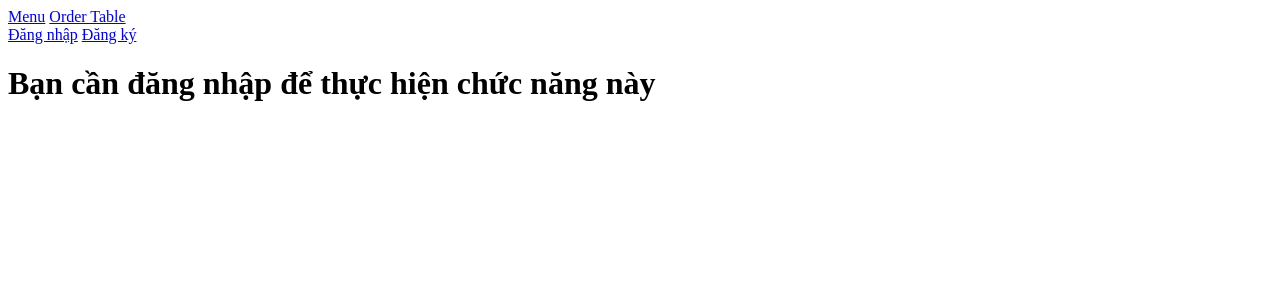
Repository: Loc2804/LTM
Page: http://localhost/RestaurantProject/OrderTable.jsp
The author's editor kept a copy of each file at every save. The page is drawn from the files as they stood at one save, then again after the next save.
The browser window is 1280 px wide. The pictures show the whole page.
The page is served by Tomcat 10.

Above is the page before, as saved 2024-12-08 16:56:37.

After the next save:
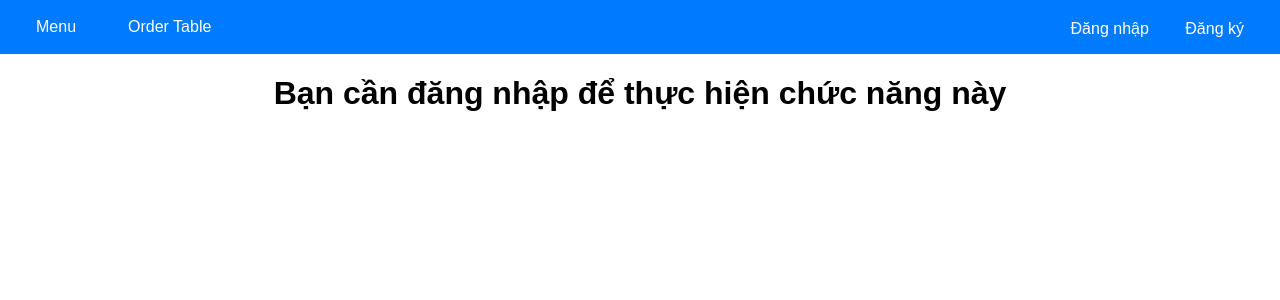
Saved 11 s later.
--- a/RestaurantProject/src/main/webapp/OrderTable.jsp
+++ b/RestaurantProject/src/main/webapp/OrderTable.jsp
@@ -7,7 +7,80 @@
 <meta charset="UTF-8">
 <title>Order Table</title>
 <style type="text/css">
+	 body {
+        font-family: Arial, sans-serif;
+        margin: 0;
+        padding: 0;
+    }
+    h1{
+    	text-align: center;
+    }
+    .navbar {
+        background-color: #007BFF; /* Màu xanh chủ đạo */
+        overflow: hidden;
+        display: flex;
+        justify-content: space-between;
+        padding: 10px 20px;
+    }
+    .navbar a {
+        color: white;
+        text-decoration: none;
+        padding: 8px 16px;
+        font-size: 16px;
+    }
+    .navbar a:hover {
+        background-color: #0056b3; /* Màu xanh đậm hơn khi hover */
+        border-radius: 4px;
+    }
+    .links {
+        display: flex;
+        gap: 20px;
+    }
+    .content {
+        margin: 20px;
+    }
+    .content a {
+        display: inline-block;
+        background-color: #007BFF; /* Màu nền xanh chủ đạo */
+        color: white;
+        text-decoration: none;
+        padding: 10px 20px;
+        border-radius: 5px;
+        margin: 5px 0;
+        font-size: 18px;
+    }
+    .content a:hover {
+        background-color: #0056b3; /* Màu nền xanh đậm hơn khi hover */
+    }
+    .btn-logout {
+        background-color: #007BFF; /* Màu nền xanh chủ đạo */
+        color: white; /* Màu chữ */
+        text-decoration: none;
+        padding: 10px 20px; /* Khoảng cách bên trong */
+        border: none; /* Bỏ viền */
+        border-radius: 5px; /* Bo góc */
+        font-size: 18px; /* Kích thước chữ */
+        cursor: pointer; /* Thay đổi con trỏ khi hover */
+    }
 
+    .btn-logout:hover {
+        background-color: #0056b3; /* Màu nền xanh đậm hơn khi hover */
+    }
+
+    .btn-logout:focus {
+        outline: none; /* Bỏ viền focus mặc định */
+    }
+    .group-btn{
+    	margin-top:10px;
+    }
+    .welcome-user{
+    	display: flex;
+    	gap:20px;
+    }
+    .welcome-user span{
+	color: white;
+	margin-top:7px;
+	font-size: 20px;
 </style>
 </head>
 <body>
